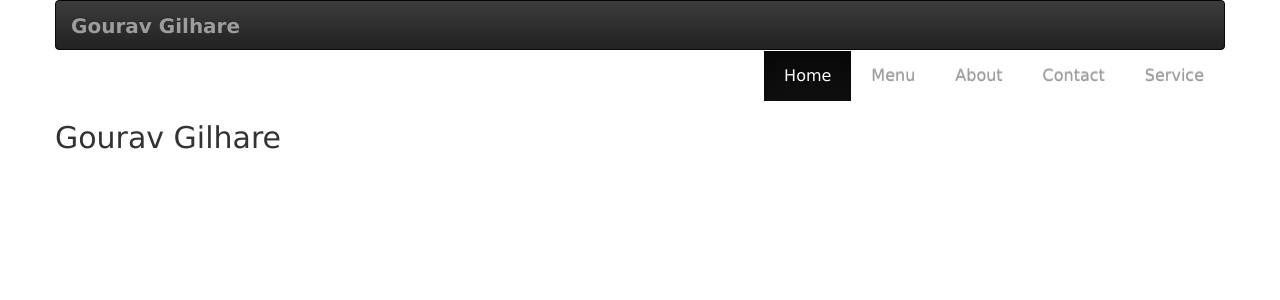
Repository: Gouravgilhare/Servlet
Page: http://localhost/feedback_app/
These files come from the project's save history. The page is drawn as it stood at one moment and after the next save; the edit follows.
The browser window is 1280 px wide. The pictures show the whole page.
The page is served by Tomcat 10. Other server files are loaded and not shown.

Above is the page before, as saved 2025-07-17 06:09:55.

### Feedback form/feedback_app/src/main/webapp/index.jsp
<!DOCTYPE HTML>
<html lang="en">

<head>
    <meta charset="UTF-8">
    <meta name="viewport" content="width=device-width, initial-scale=1.0, maximum-scale=1.0, user-scalable=no">
    <%@include file="link.jsp" %>

</head>

<body>

    <div class="container-fluid">
        <div class="container">
            <div class="row">
                <div class="col-md col-sm-6 col-xs-3"></div>
                <%@include file="navbar.jsp" %>
            </div>
            <div class="row">
                <h2>Gourav Gilhare</h2>
            </div>
        </div>
    </div>

    <%@include file="script.jsp" %>
</body>

</html>

### Feedback form/feedback_app/src/main/webapp/link.jsp
<link rel="stylesheet" href="<%= application.getContextPath() %>/css/bootstrap.css">
<link rel="stylesheet" href="<%= application.getContextPath() %>/css/bootstrap-theme.css">
<link rel="stylesheet" href="<%= application.getContextPath() %>/css/style.css">

### Feedback form/feedback_app/src/main/webapp/navbar.jsp
<nav class="navbar navbar-inverse customNavbar navabar-default">
  <div class="container-fluid">
    <div class="navbar-header">
      <button type="button" class="navbar-toggle collapsed" data-target="#mainNavbar" data-toggle="collapse">
        <span class="icon-bar"></span>
        <span class="icon-bar"></span>
        <span class="icon-bar"></span>
      </button>
      <a class="navbar-brand" href="#">Gourav Gilhare</a>
    </div>
    <div class="navbar-collapse collapse" id="mainNavbar"></div>
    <ul class="nav navbar-nav navbar-right">
      <li class="active"><a href="#">Home</a></li>
      <li><a href="#">Menu</a></li>
      <li><a href="#">About</a></li>
      <li><a href="#">Contact</a></li>
      <li><a href="#">Service</a></li>
    </ul>
  </div>
</nav>

### Feedback form/feedback_app/src/main/webapp/script.jsp
<script src="https://code.jquery.com/jquery-3.7.1.js"
  integrity="sha256-eKhayi8LEQwp4NKxN+CfCh+3qOVUtJn3QNZ0TciWLP4=" crossorigin="anonymous"></script>

<script src="<%= application.getContextPath() %>/js/bootstrap.js"></script>
<script src="<%= application.getContextPath() %>/js/script.js"></script>

### Feedback form/feedback_app/src/main/webapp/css/style.css

            @charset "UTF-8";

			*{

				font-family : "Verdana",sanserif;

			}


            .customNavbar {

                height: 50px;

            }

            .navbar-brand {

                color: #ffffff;
                font-size: 20px;
                font-weight: bold;

            }

            .navbar-nav>li>a {

                color: #ecf0f1;
                font-size: 16px;
                padding: 15px 20px;
            }

            .navbar-nav>li>a:hover,
            navbar-nav>.active>a,
            navbar-nav>.active>a:hover {
                background-color: #34495e !important;
                color: #ffffff !important;
            }


            .navbar-toggle {
                border-color: #ffffff;

            }

            .navbar-toggle .icon-bar {
                background-color: #ffffff;

            }

### Feedback form/feedback_app/src/main/webapp/js/script.js
/**
 *
 */


console.log("File Loaded");

Loaded but not shown: Feedback form/feedback_app/src/main/webapp/css/bootstrap.css (library); Feedback form/feedback_app/src/main/webapp/css/bootstrap-theme.css (library); Feedback form/feedback_app/src/main/webapp/js/bootstrap.js (library)

After the next save:
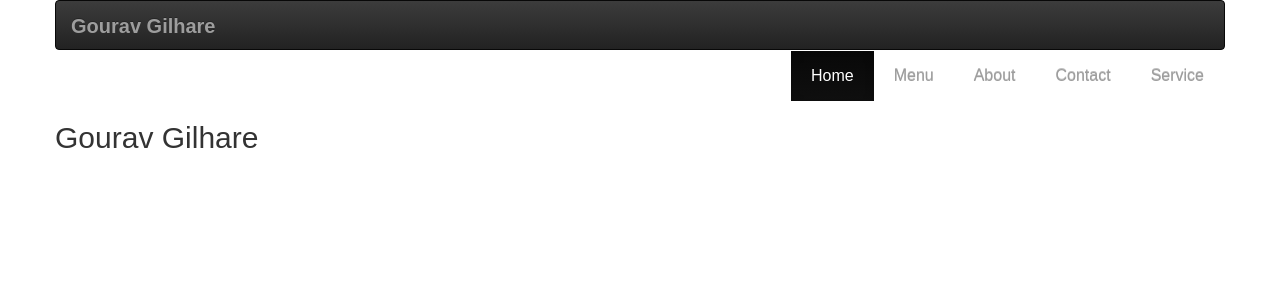
Saved 8 s later.
--- a/Feedback form/feedback_app/src/main/webapp/css/style.css
+++ b/Feedback form/feedback_app/src/main/webapp/css/style.css
@@ -3,7 +3,7 @@
 
 			*{
 
-				font-family : "Verdana",sanserif;
+				font-family : "Arial",sanserif;
 
 			}
 
